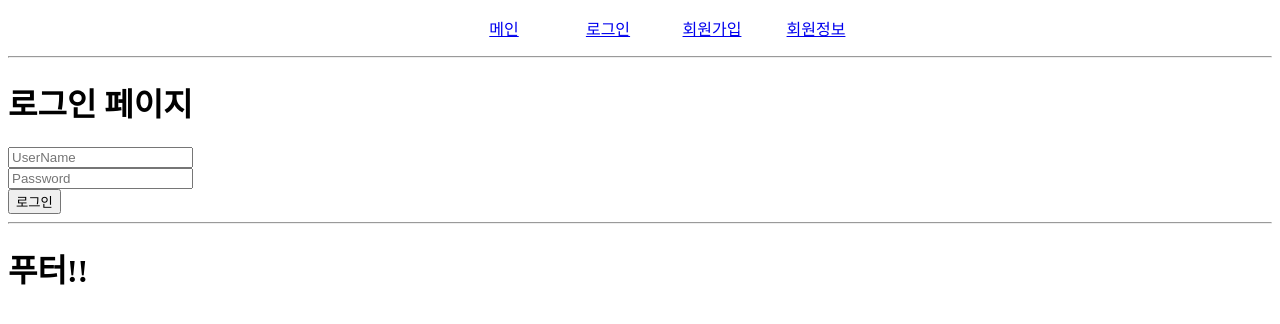
Repository: sunandjun/jspwork
Page: http://localhost/cos/login.jsp
These files come from the project's save history. The page is drawn as it stood at one moment and after the next save; the edit follows.
The browser window is 1280 px wide. The pictures show the whole page.
The page is served by Tomcat 9.

Above is the page before, as saved 2020-08-22 07:07:15.

After the next save:
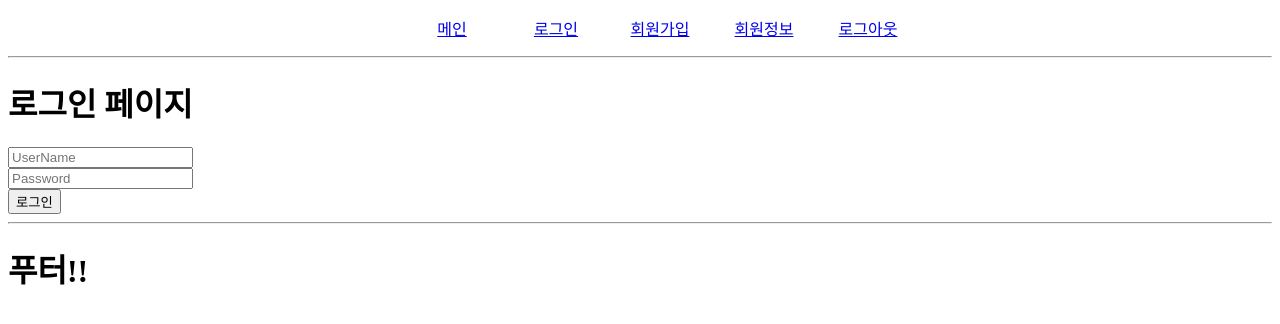
Saved 3 min 36 s later.
--- a/cos/WebContent/layout/header.jsp
+++ b/cos/WebContent/layout/header.jsp
@@ -23,5 +23,6 @@
 	<li><a href="login.jsp">로그인</a></li>
 	<li><a href="join.jsp">회원가입</a></li>
 	<li><a href="info.jsp">회원정보</a></li>
+	<li><a href="logout.jsp">로그아웃</a></li>
 </ul>
 <hr/>
